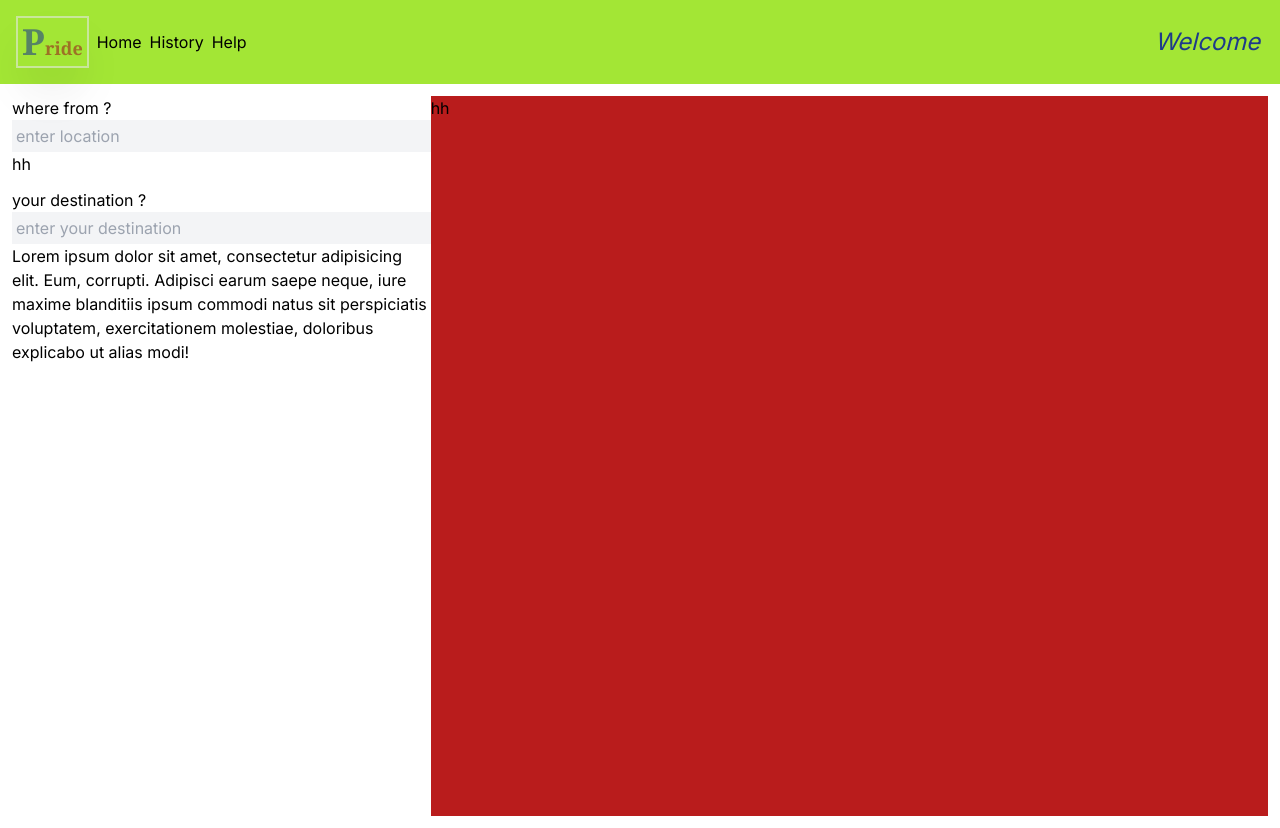
Repository: Semanmernstack/uber-mapbox
Page: /
An editor plug-in stored every save of this project. The page is shown before and after the next save, followed by the edit.
The browser window is 1280 px wide. The pictures show the whole page.
The page's requests for data from a server got no answer. The project was rebuilt for these pictures with package versions that can differ from the ones it lists, and the page was loaded fresh each time. Some packages were replaced by stand-ins written for this rebuild. The framework's server and built-in components were replaced by stand-ins that run in the browser. No one was signed in, and anything a server would have sent is missing. Also part of the build but not shown: next.config.js.

Above is the page before, as saved 2023-08-16 05:53:54.

### app/layout.tsx
import './globals.css'
import type { Metadata } from 'next'
import { Inter } from 'next/font/google'
import Nav from './components/Nav'
import { ClerkProvider } from '@clerk/nextjs'

const inter = Inter({ subsets: ['latin'] })

export const metadata: Metadata = {
  title: 'Create Next App',
  description: 'Generated by create next app',
}

export default function RootLayout({
  children,
}: {
  children: React.ReactNode
}) {
  return (
    <ClerkProvider>
      <html lang="en">
        <body className={inter.className}> <Nav/>  {children}</body>
      </html>
    </ClerkProvider>
  )
}

### app/page.tsx
import Image from 'next/image'
import Booking from './components/Booking'
import Mapp from './components/Mapp'

export default function Home() {
  return (
    <main className="p-3 gap  ">
      <div className="grid grid-cols-1 md:grid-cols-3   ">
        <div className=" h-[80%]">
          <Booking/>

        </div>
        <div className=" bg-red-700 col-span-2 h-screen">
          <Mapp/>
        </div>
      </div>
    </main>
  )
}

### app/components/Nav.tsx
import { UserButton, currentUser } from '@clerk/nextjs'
import React from 'react'

async function Nav() {
    const user = await currentUser()
  return (
    <div className="flex items-center justify-between p-4 bg-lime-400">
        <div className="flex items-center gap-2">

            <h1 className="font-extrabold shadow-2xl border-gray-200 border-2 p-1 font-serif text-2xl md:text-3xl lg:text-4xl animate-pulse text-blue-900">P<span className="text-lg animate-none font-bold text-red-800">ride</span></h1>
            <h2>Home</h2>
            <h2>History</h2>
            <h2>Help</h2>

        </div>
        <div className="flex gap-1 items-center">
            <h1 className="text-2xl text-blue-900 italic">Welcome</h1>
            <h1 className='hidden md:inline-flex'>{user?.firstName}</h1>
            <UserButton/>
        </div>
    </div>
  )
}

export default Nav

### app/components/Booking.tsx
import React from 'react'
import BookingInput from './BookingInput'

function Booking() {
  return (
    <div className="">
        <BookingInput/>
        <h1>Lorem ipsum dolor sit amet, consectetur adipisicing elit. Eum, corrupti. Adipisci earum saepe neque, iure maxime blanditiis ipsum commodi natus sit perspiciatis voluptatem, exercitationem molestiae, doloribus explicabo ut alias modi!</h1>
    </div>
  )
}

export default Booking

### app/components/Mapp.tsx
"use client"


import React from 'react'
import Map from 'react-map-gl';
function Mapp() {
  return (
    <div>
      <h1>hh</h1>



    </div>
  )
}

export default Mapp

### app/components/BookingInput.tsx
"use client"

import React, { useEffect, useState } from 'react'

function BookingInput() {
    const [where, setWhere] = useState<any>()
    const [to, setTo] = useState<any>()
    const [lists, setLists] = useState<any>([])

    useEffect(() => {
        getAdress

    }, [where])

    const getAdress = async () => {
        const res = await fetch('api/seach-map?q='+where, {
            headers:{
                "Content-Type": "application/json",
            }

        })
        const re = await res.json()
        setLists(re)

    }
  return (
    <div className="flex flex-col gap-3">
        <div>
            <label> where from ?</label>
            <input type="text" placeholder='enter location'
                value={where}
                onChange={(e) => setWhere(e.target.value)}
                className="border-1 w-full outline-none bg-gray-100 focus:border-gray-700 p-1"
            />
            {lists.suggestion ?
                <div>
                    {lists?.suggestion.map((item:any, index:number) => (
                        <h2>{item.full_address}</h2>
                    ))}
                </div> : null

            }
            <h2>hh</h2>

        </div>

        <div>
            <label> your destination ?</label>

            <input type="text" placeholder='enter your destination'
                value={to}
                onChange={(e) => setTo(e.target.value)}
                className="border-1 w-full outline-none bg-gray-100 focus:border-gray-700 p-1"
            />
        </div>
    </div>
  )
}

export default BookingInput

Loaded but not shown: app/globals.css (common file); tailwind.config.ts (common file)

After the next save:
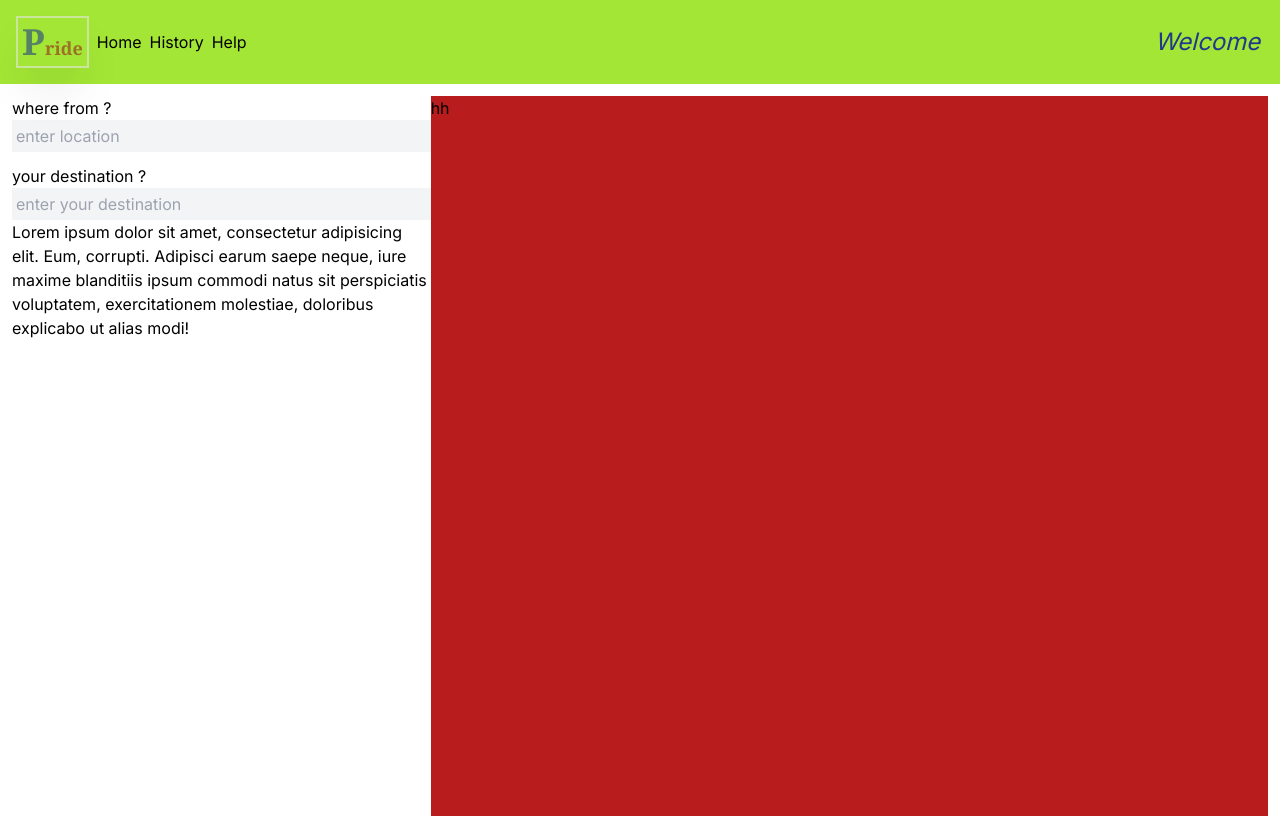
Saved 2 min 5 s later.
--- a/app/components/BookingInput.tsx
+++ b/app/components/BookingInput.tsx
@@ -32,7 +32,7 @@
                 onChange={(e) => setWhere(e.target.value)}
                 className="border-1 w-full outline-none bg-gray-100 focus:border-gray-700 p-1"
             />
-            {lists.suggestion ?
+            {lists?.suggestion?
                 <div>
                     {lists?.suggestion.map((item:any, index:number) => (
                         <h2>{item.full_address}</h2>
@@ -40,7 +40,7 @@
                 </div> : null
 
             }
-            <h2>hh</h2>
+
 
         </div>
 
